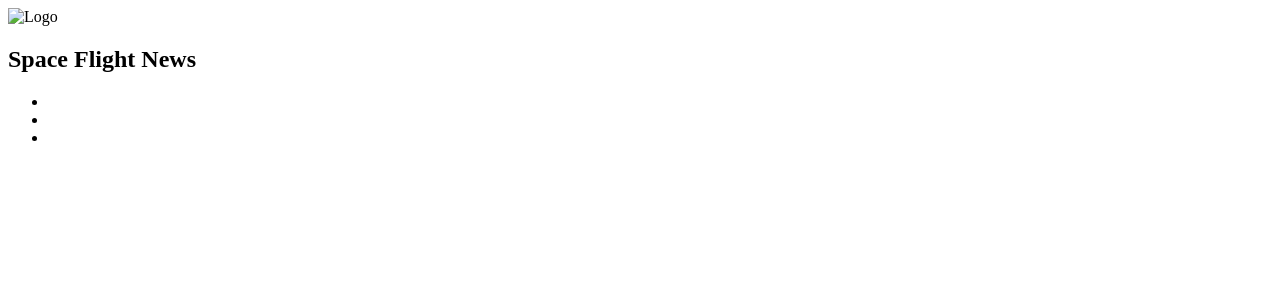
Repository: guilhermecardoso93/space-flight-news
Page: /
An editor plug-in stored every save of this project. The page is shown before and after the next save, followed by the edit.
The browser window is 1280 px wide. The pictures show the whole page.
The project was rebuilt for these pictures with package versions that can differ from the ones it lists, and the page was loaded fresh each time.

Above is the page before, as saved 2024-06-12 20:25:28.

### src/App.js
import React from "react";
import { Navbar } from "./components/Navbar";

class App extends React.Component {
  render() {
    return (
      <div>
        <Navbar />
      </div>
    );
  }
}

export default App

### src/components/Navbar/index.jsx
export function Navbar() {
  return (
    <header>
      <nav id='navbar'>
        <div className="nav-brand">
          <img src="" alt="Logo" />
          <h1>Space Flight News</h1>
        </div>
        <ul>
          <li>
            <a href="/"></a>
          </li>
          <li>
            <a href="/"></a>
          </li>
          <li>
            <a href="/"></a>
          </li>
        </ul>
      </nav>
    </header>
  );
}

Loaded but not shown: public/index.html (common file); src/index.js (common file)

After the next save:
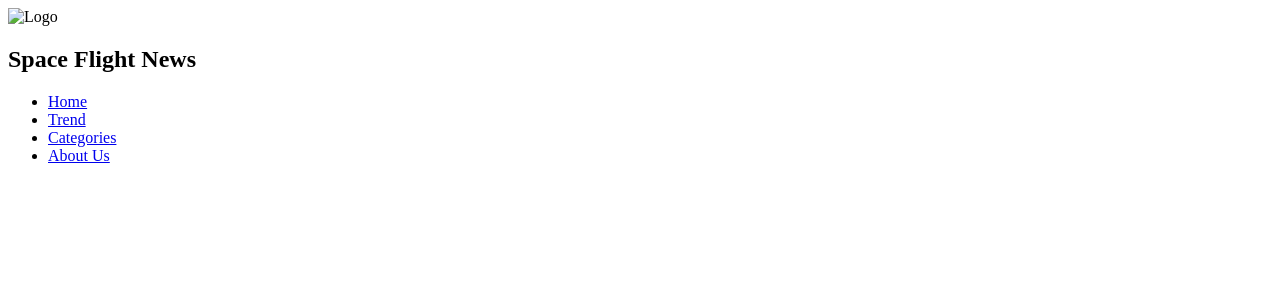
Saved 48 s later.
--- a/src/components/Navbar/index.jsx
+++ b/src/components/Navbar/index.jsx
@@ -6,15 +6,19 @@
           <img src="" alt="Logo" />
           <h1>Space Flight News</h1>
         </div>
-        <ul>
+
+        <ul className="nav-list">
           <li>
-            <a href="/"></a>
+            <a href="/">Home</a>
           </li>
           <li>
-            <a href="/"></a>
+            <a href="/">Trend</a>
           </li>
           <li>
-            <a href="/"></a>
+            <a href="/">Categories</a>
+          </li>
+          <li>
+            <a href="/">About Us</a>
           </li>
         </ul>
       </nav>
